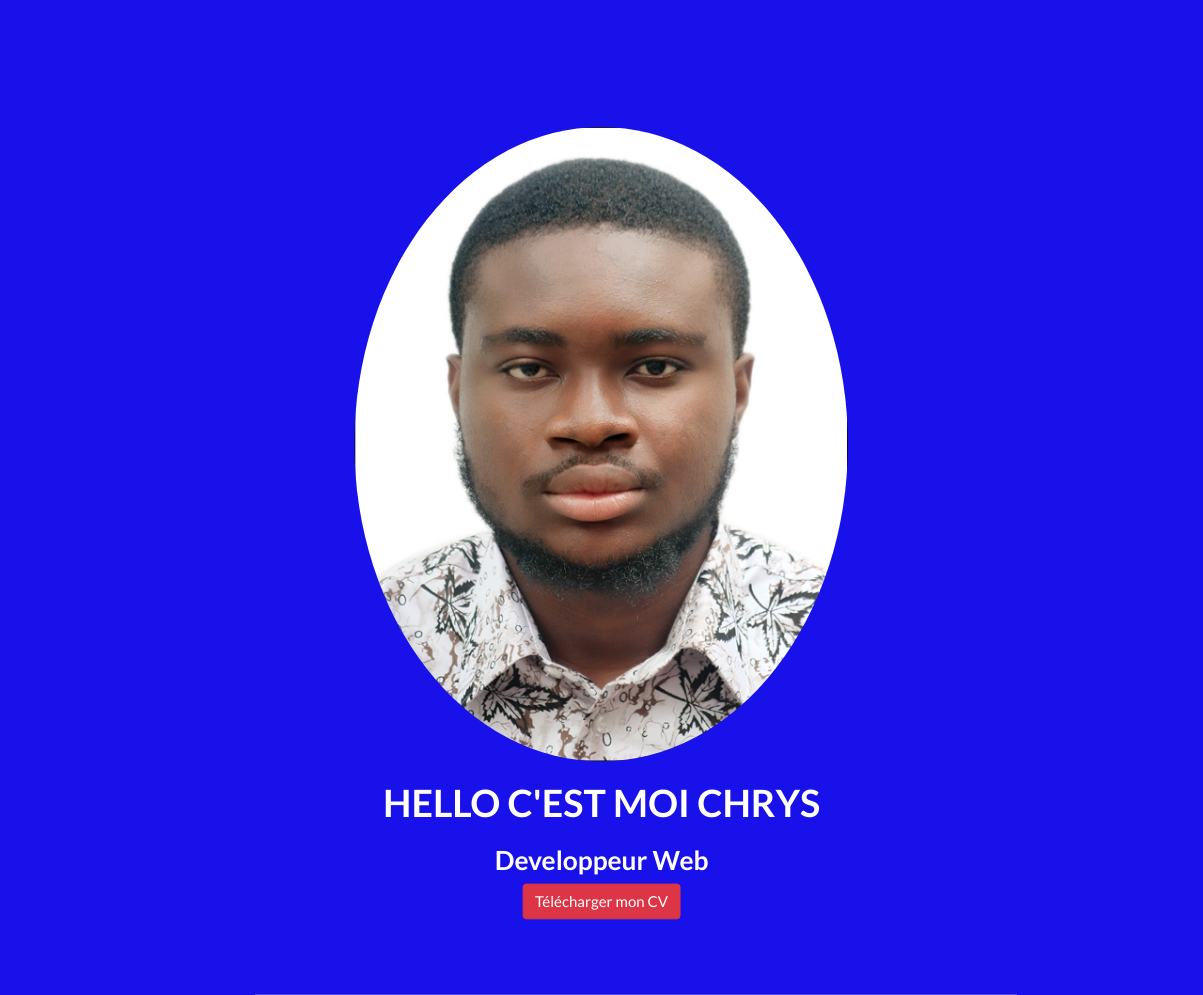
Repository: CHRYSOVR/CV_en_ligne_Interactif
Page: index.html
These files come from the project's save history. The page is drawn as it stood at one moment and after the next save; the edit follows.
The browser window is 1280 px wide. The pictures show the whole page, at 94% of full size.

Above is the page before, as saved 2025-07-07 15:59:30.
Console error: TypeError: Cannot read properties of undefined (reading 'fn')

After the next save:
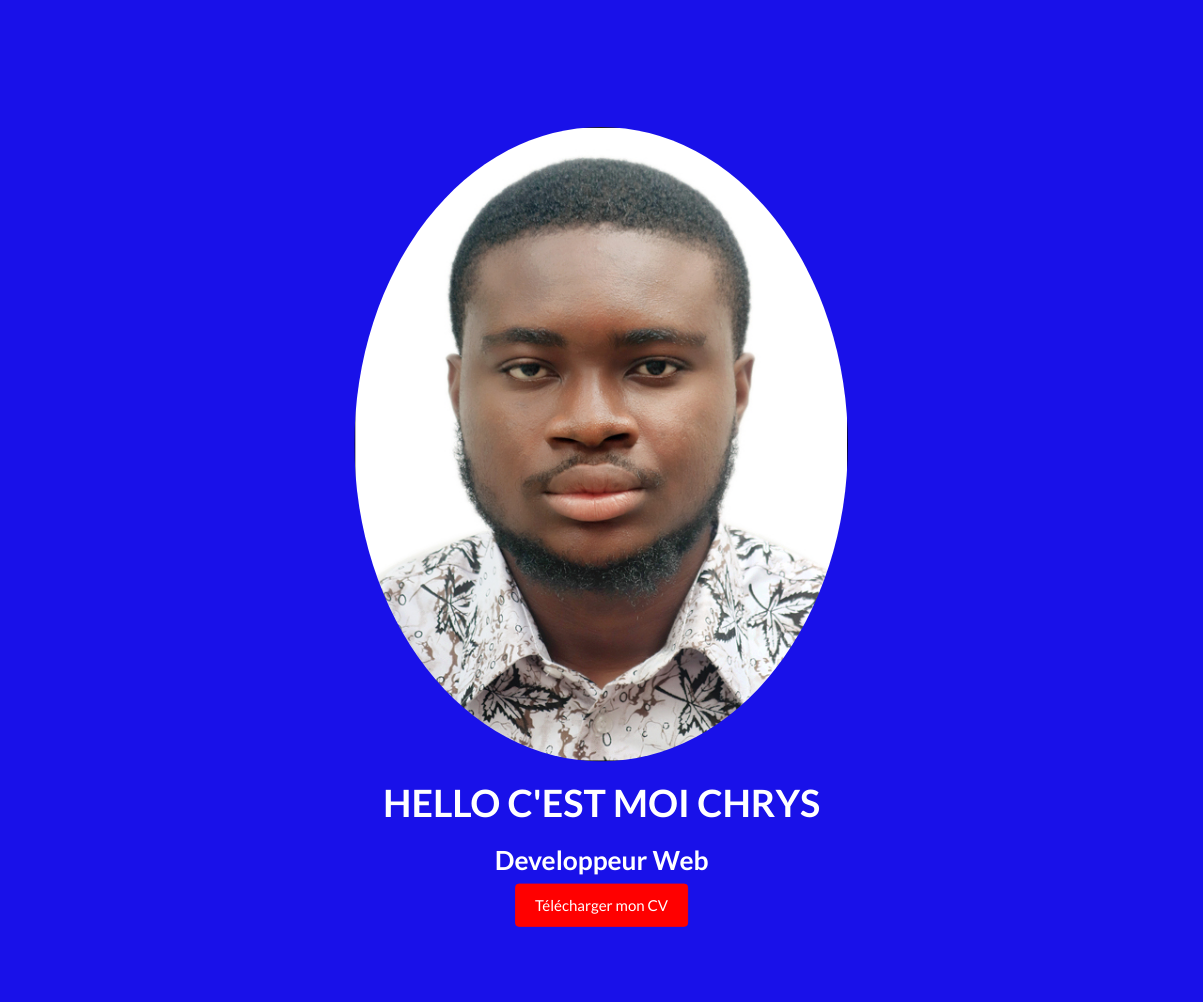
Saved 65 s later.
--- a/css/style.css
+++ b/css/style.css
@@ -38,6 +38,11 @@ img{
     margin-bottom: 20px;
 
 }
-#about .heading h3{
-
+.btn-danger{
+    background-color: #ff0000;
+    border-color: #ff0000;
+    color: white;
+    padding: 10px 20px;
+    font-size: 16px;
+    text-decoration: none;
 }
